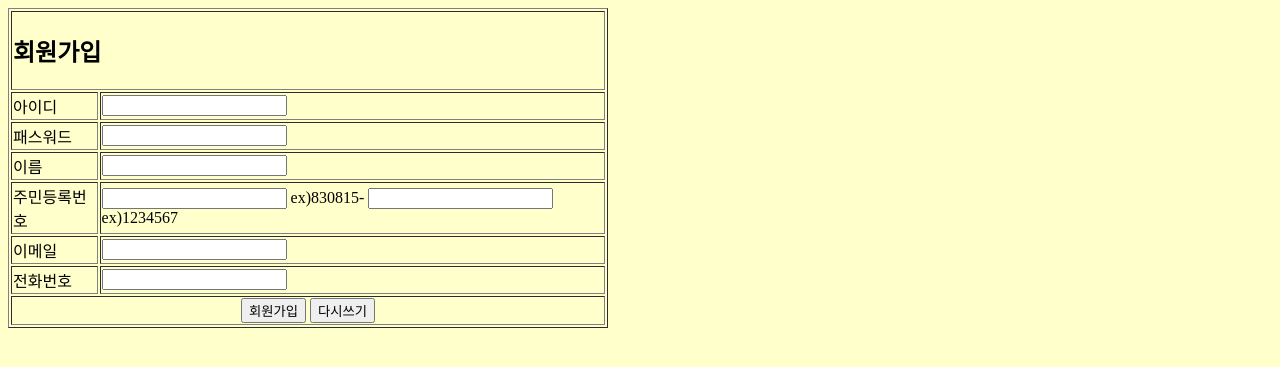
Repository: Chaelin02/2-_JSP
Page: http://localhost/BasicJSP/jdbc07/member_2312.jsp
An editor plug-in stored every save of this project. The page is shown before and after the next save, followed by the edit.
The browser window is 1280 px wide. The pictures show the whole page.
The page is served by Tomcat 9.

Above is the page before, as saved 2019-06-24 02:02:46.

After the next save:
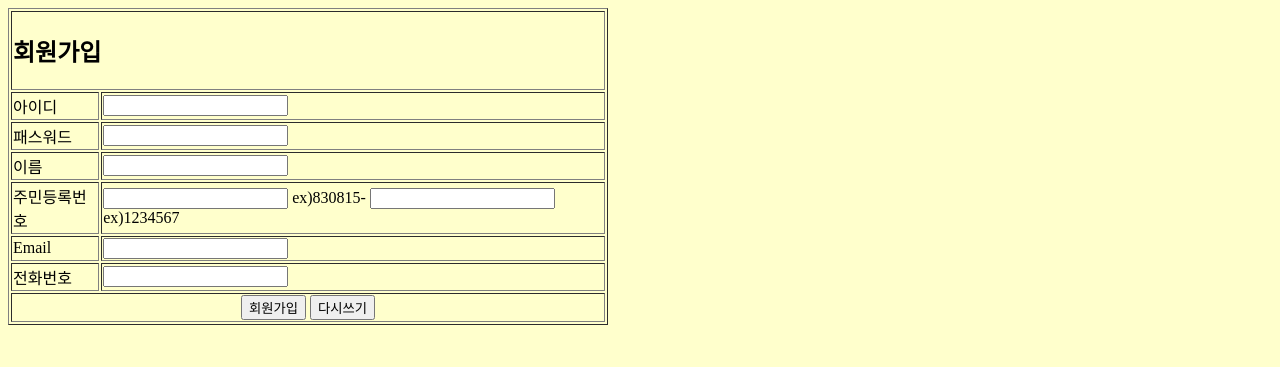
Saved 22 s later.
--- a/BasicJSP/WebContent/jdbc07/member_2312.jsp
+++ b/BasicJSP/WebContent/jdbc07/member_2312.jsp
@@ -32,7 +32,7 @@
 
 	</tr>
 	<tr>
-		<td>이메일 </td>
+		<td>Email </td>
 		<td><input type="text" name="email"></td>
 
 	</tr>
